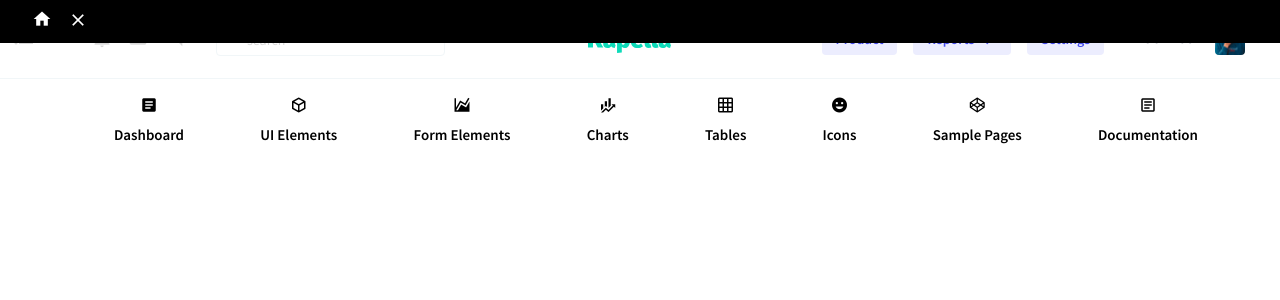
Repository: dimitri0004/Bien
Page: templates/base.html.twig
The author's editor kept a copy of each file at every save. The page is drawn from the files as they stood at one save, then again after the next save.
The browser window is 1280 px wide. The pictures show the whole page.
The page is a Twig template of a Symfony application; nobody is signed in and links lead nowhere. The template is opened directly, without the code that normally fills it, so the values that code supplies are empty.

Above is the page before, as saved 2023-04-03 11:39:30.
Console error: ReferenceError: jQuery is not defined

### templates/base.html.twig
<!DOCTYPE html>
<html>
    <head>
        <meta charset="UTF-8">
        <meta name="viewport" content="width=device-width, initial-scale=1, shrink-to-fit=no">
        <title>{% block title %}Welcome!{% endblock %}</title>
        <link rel="icon" href="data:[embedded picture, 143 characters]">
        {# Run `composer require symfony/webpack-encore-bundle` to start using Symfony UX #}
        <!-- Required meta tags -->
        <!-- base:css -->




        {% block stylesheets %}
            <link rel="stylesheet" href="{{asset('vendors/base/vendor.bundle.base.css')}}">
            <link rel="stylesheet" href="{{asset('vendors/mdi/css/materialdesignicons.min.css')}}">
            <link rel="stylesheet" href="{{asset('css/style.css')}}">
            <link rel="shortcut icon" href="{{asset('images/favicon.png')}}" >

        {% endblock %}



        {% block javascripts %} {% endblock %}
        <!-- base:js -->
        <script src="{{asset('vendors/base/vendor.bundle.base.js')}}" defer></script>
        <!-- endinject -->
        <!-- Plugin js for this page-->
        <!-- End plugin js for this page-->
        <!-- inject:js -->
        <script src="{{asset('js/template.js')}}"></script>
        <!-- endinject -->
        <!-- plugin js for this page -->
        <!-- End plugin js for this page -->
        <script src="{{asset('vendors/chart.js/Chart.min.js')}}"defer></script>
        <script src="{{asset('vendors/progressbar.js/progressbar.min.js')}}"></script>
        <script src="{{asset('vendors/chartjs-plugin-datalabels/chartjs-plugin-datalabels.js')}}"defer></script>
        <script src="{{asset('vendors/justgage/raphael-2.1.4.min.js')}}"defer></script>
        <script src="{{asset('vendors/justgage/justgage.js')}}"defer></script>
        <script src="{{asset('js/jquery.cookie.js')}}" type="text/javascript" defer></script>
        <!-- Custom js for this page-->
        <script src="{{asset('js/dashboard.js')}}" defer></script>
        <!-- End custom js for this page-->


    </head>
    <body>
        {% include "_partiels/nav.html.twig" %}
        {% block body %}

        {% endblock %}
    </body>
</html>

### templates/_partiels/nav.html.twig

<div class="container-scroller">
    <div class="row p-0 m-0 proBanner" id="proBanner">
        <div class="col-md-12 p-0 m-0">
            <div class="card-body card-body-padding d-flex align-items-center justify-content-between">

                <div class="d-flex align-items-center justify-content-between">
                    <a href="https://www.bootstrapdash.com/product/kapella-admin-pro/"><i class="mdi mdi-home me-3 text-white"></i></a>
                    <button id="bannerClose" class="btn border-0 p-0">
                        <i class="mdi mdi-close text-white me-0"></i>
                    </button>
                </div>
            </div>
        </div>
    </div>
<!-- partial:partials/_horizontal-navbar.html -->
<div class="horizontal-menu">
<nav class="navbar top-navbar col-lg-12 col-12 p-0">
<div class="container-fluid">
<div class="navbar-menu-wrapper d-flex align-items-center justify-content-between">
<ul class="navbar-nav navbar-nav-left">
  <li class="nav-item ms-0 me-5 d-lg-flex d-none">
    <a href="#" class="nav-link horizontal-nav-left-menu"><i class="mdi mdi-format-list-bulleted"></i></a>
  </li>
  <li class="nav-item dropdown">
    <a class="nav-link count-indicator dropdown-toggle d-flex align-items-center justify-content-center" id="notificationDropdown" href="#" data-bs-toggle="dropdown">
      <i class="mdi mdi-bell mx-0"></i>
      <span class="count bg-success">2</span>
    </a>
    <div class="dropdown-menu dropdown-menu-right navbar-dropdown preview-list" aria-labelledby="notificationDropdown">
      <p class="mb-0 font-weight-normal float-left dropdown-header">Notifications</p>
      <a class="dropdown-item preview-item">
        <div class="preview-thumbnail">
            <div class="preview-icon bg-success">
              <i class="mdi mdi-information mx-0"></i>
            </div>
        </div>
        <div class="preview-item-content">
            <h6 class="preview-subject font-weight-normal">Application Error</h6>
            <p class="font-weight-light small-text mb-0 text-muted">
              Just now
            </p>
        </div>
      </a>
      <a class="dropdown-item preview-item">
        <div class="preview-thumbnail">
            <div class="preview-icon bg-warning">
              <i class="mdi mdi-settings mx-0"></i>
            </div>
        </div>
        <div class="preview-item-content">
            <h6 class="preview-subject font-weight-normal">Settings</h6>
            <p class="font-weight-light small-text mb-0 text-muted">
              Private message
            </p>
        </div>
      </a>
      <a class="dropdown-item preview-item">
        <div class="preview-thumbnail">
            <div class="preview-icon bg-info">
              <i class="mdi mdi-account-box mx-0"></i>
            </div>
        </div>
        <div class="preview-item-content">
            <h6 class="preview-subject font-weight-normal">New user registration</h6>
            <p class="font-weight-light small-text mb-0 text-muted">
              2 days ago
            </p>
        </div>
      </a>
    </div>
  </li>
  <li class="nav-item dropdown">
    <a class="nav-link count-indicator dropdown-toggle d-flex justify-content-center align-items-center" id="messageDropdown" href="#" data-bs-toggle="dropdown">
      <i class="mdi mdi-email mx-0"></i>
      <span class="count bg-primary">4</span>
    </a>
    <div class="dropdown-menu dropdown-menu-right navbar-dropdown preview-list" aria-labelledby="messageDropdown">
      <p class="mb-0 font-weight-normal float-left dropdown-header">Messages</p>
      <a class="dropdown-item preview-item">
        <div class="preview-thumbnail">
            <img src="images/faces/face4.jpg" alt="image" class="profile-pic">
        </div>
        <div class="preview-item-content flex-grow">
            <h6 class="preview-subject ellipsis font-weight-normal">David Grey
            </h6>
            <p class="font-weight-light small-text text-muted mb-0">
              The meeting is cancelled
            </p>
        </div>
      </a>
      <a class="dropdown-item preview-item">
        <div class="preview-thumbnail">
            <img src="images/faces/face2.jpg" alt="image" class="profile-pic">
        </div>
        <div class="preview-item-content flex-grow">
            <h6 class="preview-subject ellipsis font-weight-normal">Tim Cook
            </h6>
            <p class="font-weight-light small-text text-muted mb-0">
              New product launch
            </p>
        </div>
      </a>
      <a class="dropdown-item preview-item">
        <div class="preview-thumbnail">
            <img src="images/faces/face3.jpg" alt="image" class="profile-pic">
        </div>
        <div class="preview-item-content flex-grow">
            <h6 class="preview-subject ellipsis font-weight-normal"> Johnson
            </h6>
            <p class="font-weight-light small-text text-muted mb-0">
              Upcoming board meeting
            </p>
        </div>
      </a>
    </div>
  </li>
  <li class="nav-item dropdown">
    <a href="#" class="nav-link count-indicator "><i class="mdi mdi-message-reply-text"></i></a>
  </li>
  <li class="nav-item nav-search d-none d-lg-block ms-3">
    <div class="input-group">
        <div class="input-group-prepend">
          <span class="input-group-text" id="search">
            <i class="mdi mdi-magnify"></i>
          </span>
        </div>
        <input type="text" class="form-control" placeholder="search" aria-label="search" aria-describedby="search">
    </div>
  </li>
</ul>
<div class="text-center navbar-brand-wrapper d-flex align-items-center justify-content-center">
    <a class="navbar-brand brand-logo" href="index.html"><img src="images/logo.svg" alt="logo"/></a>
    <a class="navbar-brand brand-logo-mini" href="index.html"><img src="images/logo-mini.svg" alt="logo"/></a>
</div>
<ul class="navbar-nav navbar-nav-right">
    <li class="nav-item dropdown  d-lg-flex d-none">
      <button type="button" class="btn btn-inverse-primary btn-sm">Product </button>
    </li>
    <li class="nav-item dropdown d-lg-flex d-none">
      <a class="dropdown-toggle show-dropdown-arrow btn btn-inverse-primary btn-sm" id="nreportDropdown" href="#" data-bs-toggle="dropdown">
      Reports
      </a>
      <div class="dropdown-menu dropdown-menu-right navbar-dropdown preview-list" aria-labelledby="nreportDropdown">
          <p class="mb-0 font-weight-medium float-left dropdown-header">Reports</p>
          <a class="dropdown-item">
            <i class="mdi mdi-file-pdf text-primary"></i>
            Pdf
          </a>
          <a class="dropdown-item">
            <i class="mdi mdi-file-excel text-primary"></i>
            Exel
          </a>
      </div>
    </li>
    <li class="nav-item dropdown d-lg-flex d-none">
      <button type="button" class="btn btn-inverse-primary btn-sm">Settings</button>
    </li>
    <li class="nav-item nav-profile dropdown">
      <a class="nav-link dropdown-toggle" href="#" data-bs-toggle="dropdown" id="profileDropdown">
        <span class="nav-profile-name">Johnson</span>
        <span class="online-status"></span>
        <img src="images/faces/face28.png" alt="profile"/>
      </a>
      <div class="dropdown-menu dropdown-menu-right navbar-dropdown" aria-labelledby="profileDropdown">
          <a class="dropdown-item">
            <i class="mdi mdi-settings text-primary"></i>
            Settings
          </a>
          <a class="dropdown-item">
            <i class="mdi mdi-logout text-primary"></i>
            Logout
          </a>
      </div>
    </li>
</ul>
<button class="navbar-toggler navbar-toggler-right d-lg-none align-self-center" type="button" data-toggle="horizontal-menu-toggle">
  <span class="mdi mdi-menu"></span>
</button>
</div>
</div>
</nav>
<nav class="bottom-navbar">
<div class="container">
<ul class="nav page-navigation">
  <li class="nav-item">
    <a class="nav-link" href="index.html">
      <i class="mdi mdi-file-document-box menu-icon"></i>
      <span class="menu-title">Dashboard</span>
    </a>
  </li>
  <li class="nav-item">
      <a href="#" class="nav-link">
        <i class="mdi mdi-cube-outline menu-icon"></i>
        <span class="menu-title">UI Elements</span>
        <i class="menu-arrow"></i>
      </a>
      <div class="submenu">
          <ul>
              <li class="nav-item"><a class="nav-link" href="pages/ui-features/buttons.html">Buttons</a></li>
              <li class="nav-item"><a class="nav-link" href="pages/ui-features/typography.html">Typography</a></li>
          </ul>
      </div>
  </li>
  <li class="nav-item">
      <a href="pages/forms/basic_elements.html" class="nav-link">
        <i class="mdi mdi-chart-areaspline menu-icon"></i>
        <span class="menu-title">Form Elements</span>
        <i class="menu-arrow"></i>
      </a>
  </li>
  <li class="nav-item">
      <a href="pages/charts/chartjs.html" class="nav-link">
        <i class="mdi mdi-finance menu-icon"></i>
        <span class="menu-title">Charts</span>
        <i class="menu-arrow"></i>
      </a>
  </li>
  <li class="nav-item">
      <a href="pages/tables/basic-table.html" class="nav-link">
        <i class="mdi mdi-grid menu-icon"></i>
        <span class="menu-title">Tables</span>
        <i class="menu-arrow"></i>
      </a>
  </li>
  <li class="nav-item">
      <a href="pages/icons/mdi.html" class="nav-link">
        <i class="mdi mdi-emoticon menu-icon"></i>
        <span class="menu-title">Icons</span>
        <i class="menu-arrow"></i>
      </a>
  </li>
  <li class="nav-item">
      <a href="#" class="nav-link">
        <i class="mdi mdi-codepen menu-icon"></i>
        <span class="menu-title">Sample Pages</span>
        <i class="menu-arrow"></i>
      </a>
      <div class="submenu">
          <ul class="submenu-item">
              <li class="nav-item"><a class="nav-link" href="pages/samples/login.html">Login</a></li>
              <li class="nav-item"><a class="nav-link" href="pages/samples/login-2.html">Login 2</a></li>
              <li class="nav-item"><a class="nav-link" href="pages/samples/register.html">Register</a></li>
              <li class="nav-item"><a class="nav-link" href="pages/samples/register-2.html">Register 2</a></li>
              <li class="nav-item"><a class="nav-link" href="pages/samples/lock-screen.html">Lockscreen</a></li>
          </ul>
      </div>
  </li>
  <li class="nav-item">
      <a href="docs/documentation.html" class="nav-link">
        <i class="mdi mdi-file-document-box-outline menu-icon"></i>
        <span class="menu-title">Documentation</span></a>
  </li>
</ul>
</div>
</nav>
</div>

### public/js/template.js
(function($) {
  'use strict';
  $(function() {
    var body = $('body');
    var contentWrapper = $('.content-wrapper');
    var scroller = $('.container-scroller');
    var footer = $('.footer');
    var sidebar = $('.sidebar');

    //Add active class to nav-link based on url dynamically
    //Active class can be hard coded directly in html file also as required

    function addActiveClass(element) {
      if (current === "") {
        //for root url
        if (element.attr('href').indexOf("index.html") !== -1) {
          element.parents('.nav-item').last().addClass('active');
          if (element.parents('.sub-menu').length) {
            element.closest('.collapse').addClass('show');
            element.addClass('active');
          }
        }
      } else {
        //for other url
        if (element.attr('href').indexOf(current) !== -1) {
          element.parents('.nav-item').last().addClass('active');
          if (element.parents('.sub-menu').length) {
            element.closest('.collapse').addClass('show');
            element.addClass('active');
          }
          if (element.parents('.submenu-item').length) {
            element.addClass('active');
          }
        }
      }
    }

    var current = location.pathname.split("/").slice(-1)[0].replace(/^\/|\/$/g, '');
    $('.nav li a', sidebar).each(function() {
      var $this = $(this);
      addActiveClass($this);
    })

    $('.horizontal-menu .nav li a').each(function() {
      var $this = $(this);
      addActiveClass($this);
    })

    //Close other submenu in sidebar on opening any

    sidebar.on('show.bs.collapse', '.collapse', function() {
      sidebar.find('.collapse.show').collapse('hide');
    });


    //Change sidebar and content-wrapper height
    applyStyles();

    function applyStyles() {
      //Applying perfect scrollbar
      if (!body.hasClass("rtl")) {
        if ($('.settings-panel .tab-content .tab-pane.scroll-wrapper').length) {
          const settingsPanelScroll = new PerfectScrollbar('.settings-panel .tab-content .tab-pane.scroll-wrapper');
        }
        if ($('.chats').length) {
          const chatsScroll = new PerfectScrollbar('.chats');
        }
        if (body.hasClass("sidebar-fixed")) {
          if($('#sidebar').length) {
            var fixedSidebarScroll = new PerfectScrollbar('#sidebar .nav');
          }
        }
      }
    }

    $('[data-toggle="minimize"]').on("click", function() {
      if ((body.hasClass('sidebar-toggle-display')) || (body.hasClass('sidebar-absolute'))) {
        body.toggleClass('sidebar-hidden');
      } else {
        body.toggleClass('sidebar-icon-only');
      }
    });

    //checkbox and radios
    $(".form-check label,.form-radio label").append('<i class="input-helper"></i>');

    //Horizontal menu in mobile
    $('[data-toggle="horizontal-menu-toggle"]').on("click", function() {
      $(".horizontal-menu .bottom-navbar").toggleClass("header-toggled");
    });
    // Horizontal menu navigation in mobile menu on click
    var navItemClicked = $('.horizontal-menu .page-navigation >.nav-item');
    navItemClicked.on("click", function(event) {
      if(window.matchMedia('(max-width: 991px)').matches) {
        if(!($(this).hasClass('show-submenu'))) {
          navItemClicked.removeClass('show-submenu');
        }
        $(this).toggleClass('show-submenu');
      }
    })

    $(window).scroll(function() {
      if(window.matchMedia('(min-width: 992px)').matches) {
        var header = $('.horizontal-menu');
        if ($(window).scrollTop() >= 70) {
          $(header).addClass('fixed-on-scroll');
        } else {
          $(header).removeClass('fixed-on-scroll');
        }
      }
    });
    if ($.cookie('kapella-free-banner')!="true") {
      document.querySelector('#proBanner').classList.add('d-flex');
    }
    else {
      document.querySelector('#proBanner').classList.add('d-none');
    }
    document.querySelector('#bannerClose').addEventListener('click',function() {
      document.querySelector('#proBanner').classList.add('d-none');
      document.querySelector('#proBanner').classList.remove('d-flex');
      var date = new Date();
      date.setTime(date.getTime() + 24 * 60 * 60 * 1000);
      $.cookie('kapella-free-banner', "true", { expires: date });
    });
  });
})(jQuery);

Loaded but not shown: public/vendors/base/vendor.bundle.base.css (common file); public/vendors/mdi/css/materialdesignicons.min.css (library); public/css/style.css (library); public/vendors/progressbar.js/progressbar.min.js (library); public/vendors/base/vendor.bundle.base.js (library); public/vendors/chart.js/Chart.min.js (library); public/vendors/chartjs-plugin-datalabels/chartjs-plugin-datalabels.js (library); public/vendors/justgage/raphael-2.1.4.min.js (library); public/vendors/justgage/justgage.js (library); public/js/jquery.cookie.js (library); public/images/logo.svg (3 lines, source omitted); public/images/logo-mini.svg (12 lines, source omitted); public/js/dashboard.js (1172 lines, source omitted)

After the next save:
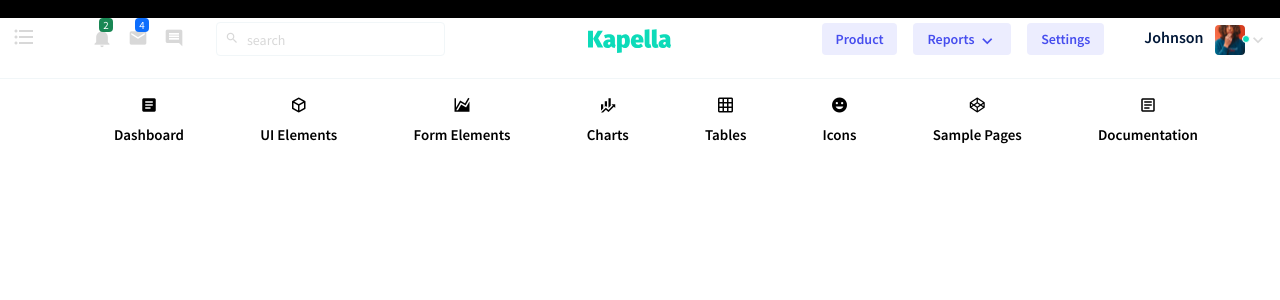
Saved 34 s later.
--- a/templates/_partiels/nav.html.twig
+++ b/templates/_partiels/nav.html.twig
@@ -4,12 +4,7 @@
         <div class="col-md-12 p-0 m-0">
             <div class="card-body card-body-padding d-flex align-items-center justify-content-between">
 
-                <div class="d-flex align-items-center justify-content-between">
-                    <a href="https://www.bootstrapdash.com/product/kapella-admin-pro/"><i class="mdi mdi-home me-3 text-white"></i></a>
-                    <button id="bannerClose" class="btn border-0 p-0">
-                        <i class="mdi mdi-close text-white me-0"></i>
-                    </button>
-                </div>
+
             </div>
         </div>
     </div>
